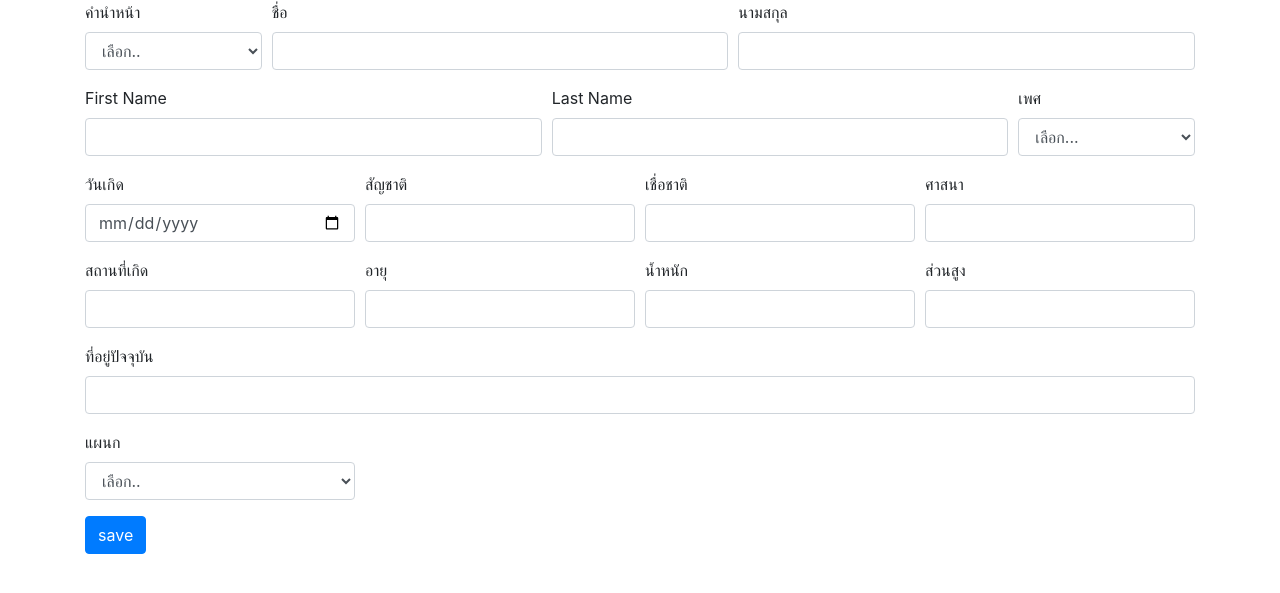
Repository: p2job/javawebapp
Page: http://localhost/demojsp/insert.jsp
The author's editor kept a copy of each file at every save. The page is drawn from the files as they stood at one save, then again after the next save.
The browser window is 1280 px wide. The pictures show the whole page.
The page is served by Tomcat 9. Queries for data that is not in the repository find no rows.

Above is the page before, as saved 2020-07-31 07:27:38.

After the next save:
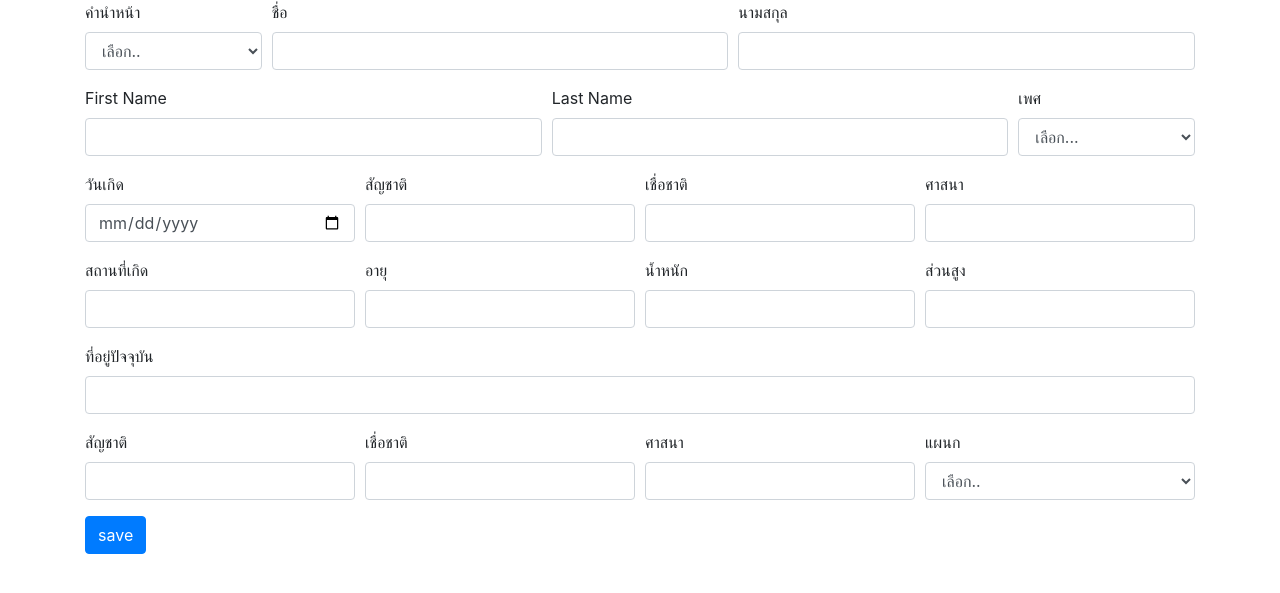
Saved 50 s later.
--- a/demojsp/WebContent/insert.jsp
+++ b/demojsp/WebContent/insert.jsp
@@ -93,6 +93,18 @@
                 </div>
             </div>
             <div class="form-row">
+            <div class="form-group col-md-3">
+                    <label for="inputPhone_Number">สัญชาติ</label>
+                    <input type="text" class="form-control" id="Phone_Number" name="Phone_Number">
+                </div>
+                <div class="form-group col-md-3">
+                    <label for="inputPhone_Number">เชื่อชาติ</label>
+                    <input type="text" class="form-control" id="Phone_Number" name="Phone_Number">
+                </div>
+                <div class="form-group col-md-3">
+                    <label for="inputPhone_Number">ศาสนา</label>
+                    <input type="text" class="form-control" id="Phone_Number" name="Phone_Number">
+                </div>
                 <%
                 Connection connect = null;
             	ResultSet rec = null;
